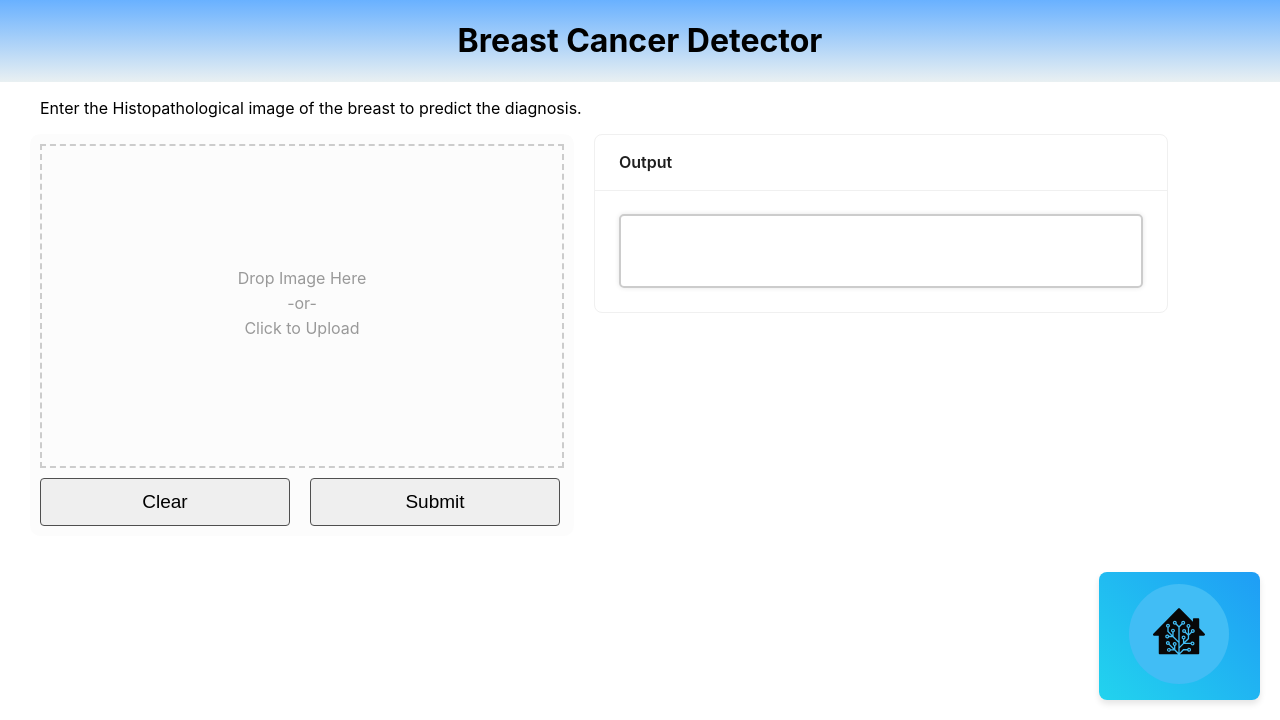
Repository: xshamrose/RAYi-AI
Page: /BreastCancerDetector-app (app in client/)
An editor plug-in stored every save of this project. The page is shown before and after the next save, followed by the edit.
The browser window is 1280 px wide. The pictures show the whole page.
The project was rebuilt for these pictures with package versions that can differ from the ones it lists, and the page was loaded fresh each time. Also part of the build but not shown: client/src/App.css, client/src/pages/Home.js, client/src/pages/home.css.

Above is the page before, as saved 2024-03-09 13:26:47.

After the next save:
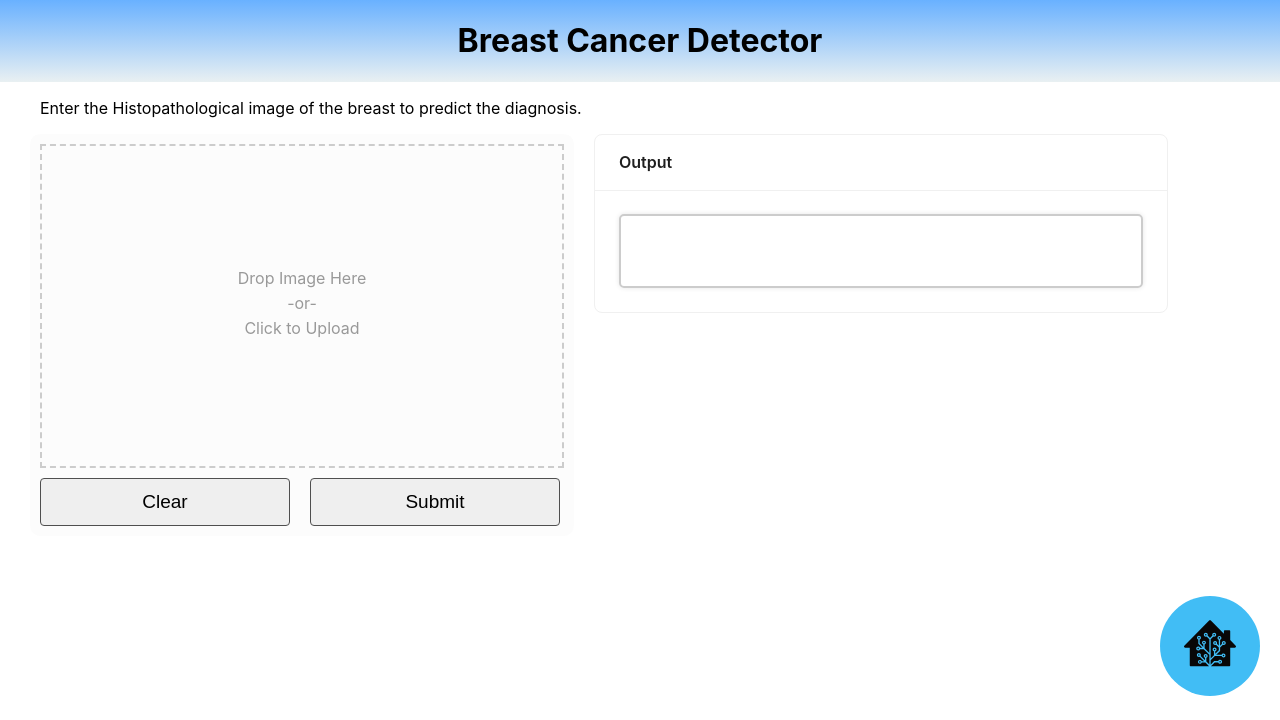
Saved 52 s later.
--- a/client/src/pages/Candetect.css
+++ b/client/src/pages/Candetect.css
@@ -227,6 +227,7 @@
       color: #fff;
       height: auto;
       width: auto;
+      display: contents;
      }
 
     .tooltip {
